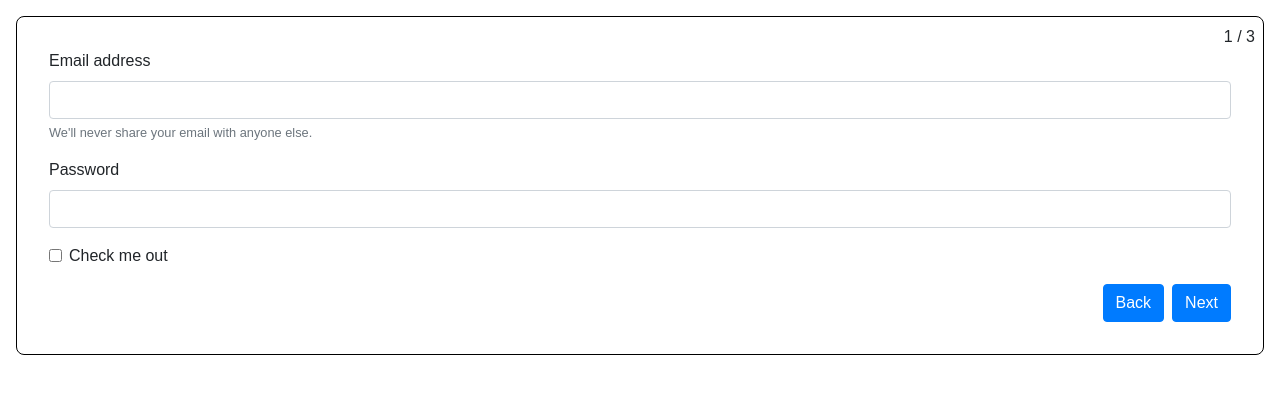
Repository: Aminox84/frontend-main
Page: /
An editor plug-in stored every save of this project. The page is shown before and after the next save, followed by the edit.
The browser window is 1280 px wide. The pictures show the whole page.
The project was rebuilt for these pictures with package versions that can differ from the ones it lists, and the page was loaded fresh each time. Also part of the build but not shown: src/AddressForm.tsx, src/AccountForm.tsx.

Above is the page before, as saved 2022-12-29 19:19:32.

After the next save:
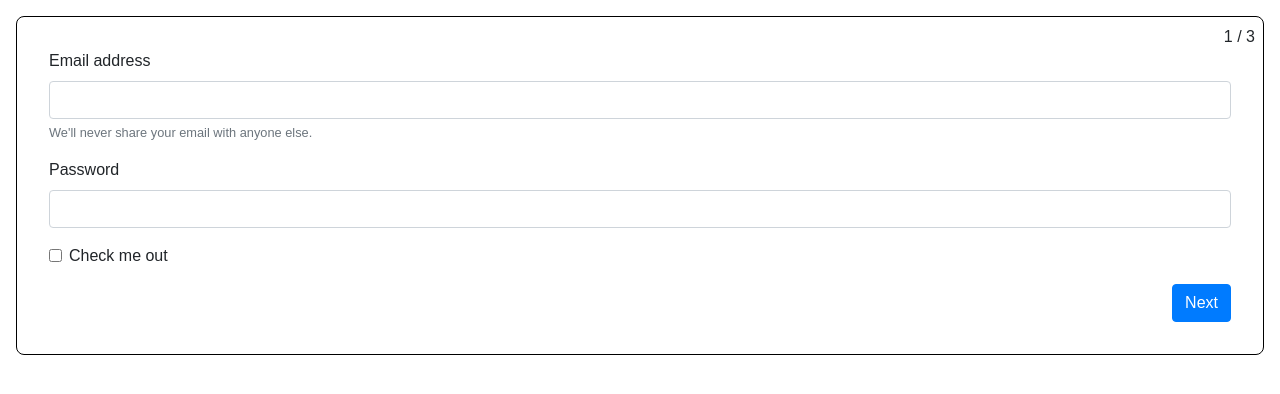
Saved 4 s later.
--- a/src/useMultistepForm.ts
+++ b/src/useMultistepForm.ts
@@ -30,7 +30,7 @@ return {
     currentStepIndex,
     step: steps[currentStepIndex],
     steps,
-    isFirstStep: currentStepIndex!==0,
+    isFirstStep: currentStepIndex===0,
     isLastStep: currentStepIndex=== steps.length-1,
     goTo,
     next,
